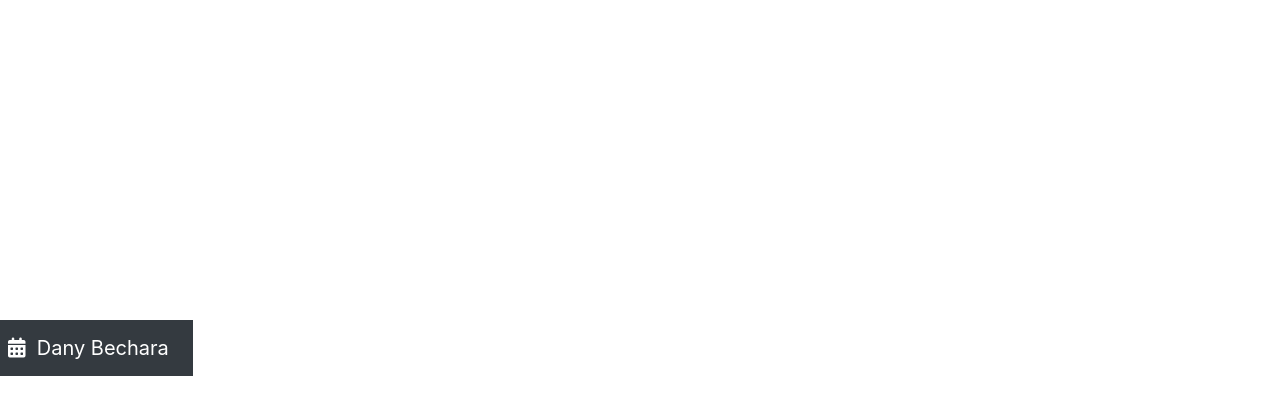
Repository: bechara611/calendar-frontend
Page: /
The author's editor kept a copy of each file at every save. The page is drawn from the files as they stood at one save, then again after the next save.
The browser window is 1280 px wide. The pictures show the whole page.
The project was rebuilt for these pictures with package versions that can differ from the ones it lists, and the page was loaded fresh each time. Also part of the build but not shown: vite.config.js. Imported but missing from the stored project, and not drawn on this page: src/auth.

Above is the page before, as saved 2023-01-04 14:11:12.

### index.html
<!DOCTYPE html>
<html lang="en">
  <head>
    <meta charset="UTF-8" />
    <link rel="icon" type="image/svg+xml" href="/vite.svg" />
    <meta name="viewport" content="width=device-width, initial-scale=1.0" />
    <title>CalendarDB</title>
    <link rel="stylesheet" href="https://cdn.jsdelivr.net/npm/bootstrap@4.5.3/dist/css/bootstrap.min.css" integrity="sha384-TX8t27EcRE3e/ihU7zmQxVncDAy5uIKz4rEkgIXeMed4M0jlfIDPvg6uqKI2xXr2" crossorigin="anonymous">
    <link rel="stylesheet" href="https://cdnjs.cloudflare.com/ajax/libs/font-awesome/6.2.1/css/all.min.css" integrity="sha512-MV7K8+y+gLIBoVD59lQIYicR65iaqukzvf/nwasF0nqhPay5w/9lJmVM2hMDcnK1OnMGCdVK+iQrJ7lzPJQd1w==" crossorigin="anonymous" referrerpolicy="no-referrer" />
  </head>
  <body>
    <div id="root"></div>
    <script type="module" src="/src/main.jsx"></script>
  </body>
</html>

### src/main.jsx
import React from 'react'
import ReactDOM from 'react-dom/client'
import { BrowserRouter } from 'react-router-dom'
import { CalendarApp } from './CalendarApp'
import './styles.css'

ReactDOM.createRoot(document.getElementById('root')).render(
  <React.StrictMode>

    <BrowserRouter>
      <CalendarApp />
    </BrowserRouter>

    </React.StrictMode>,
)

### src/CalendarApp.jsx
import React from 'react'
import { AppRouter } from './router/AppRouter'

export const CalendarApp = () => {
  return (
   <AppRouter></AppRouter>
  )
}

### src/router/AppRouter.jsx
import React from 'react'
import { Navigate, Route, Routes } from 'react-router-dom'
import { LoginPages } from '../auth/'
import { CalendarPages } from '../calendar/'


export const AppRouter = () => {
 // const authStatus = 'not-authenticated'
  const authStatus = 'authenticated'
  return (
    <Routes>
      {
        (authStatus === 'not-authenticated'
          ? <Route path='/auth/*' element={<LoginPages></LoginPages>}></Route>
          : <Route path='/*' element={<CalendarPages></CalendarPages>}></Route>
        )
      }
      <Route path='/*' element={<Navigate to={'/auth/login'}></Navigate>}></Route>

    </Routes>
  )
}

### src/calendar/index.js
export * from './pages/CalendarPages'
export * from './components/NavBar'

### src/calendar/pages/CalendarPages.jsx
import React from 'react'
import { NavBar } from '../components/NavBar'

export const CalendarPages = () => {
  return (
 <NavBar></NavBar>
  )
}

### src/calendar/components/NavBar.jsx
import React from 'react'

export const NavBar = () => {
  return (
    <div className="navbar navbar-dark bg-dark mb-4 px-2">
    <span className='navbar-brand'>
    <i className='fas fa-calendar-alt'></i>


    &nbsp;
    Dany Bechara
    </span>
    </div>
  )
}

Loaded but not shown: src/styles.css (common file)

After the next save:
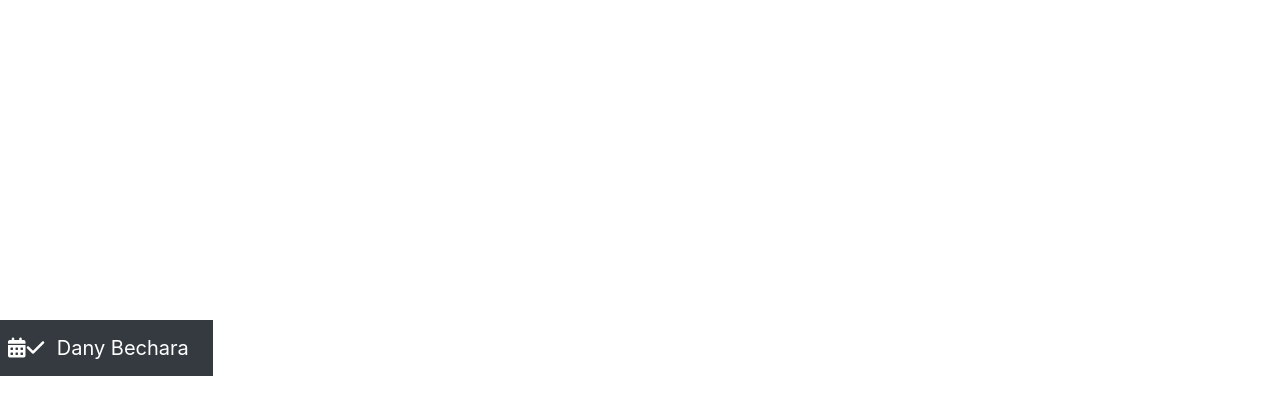
Saved 57 s later.
--- a/src/calendar/components/NavBar.jsx
+++ b/src/calendar/components/NavBar.jsx
@@ -5,7 +5,7 @@ export const NavBar = () => {
     <div className="navbar navbar-dark bg-dark mb-4 px-2">
     <span className='navbar-brand'>
     <i className='fas fa-calendar-alt'></i>
-
+    <i className="fa-sharp fa-solid fa-check"></i>
 
     &nbsp;
     Dany Bechara
